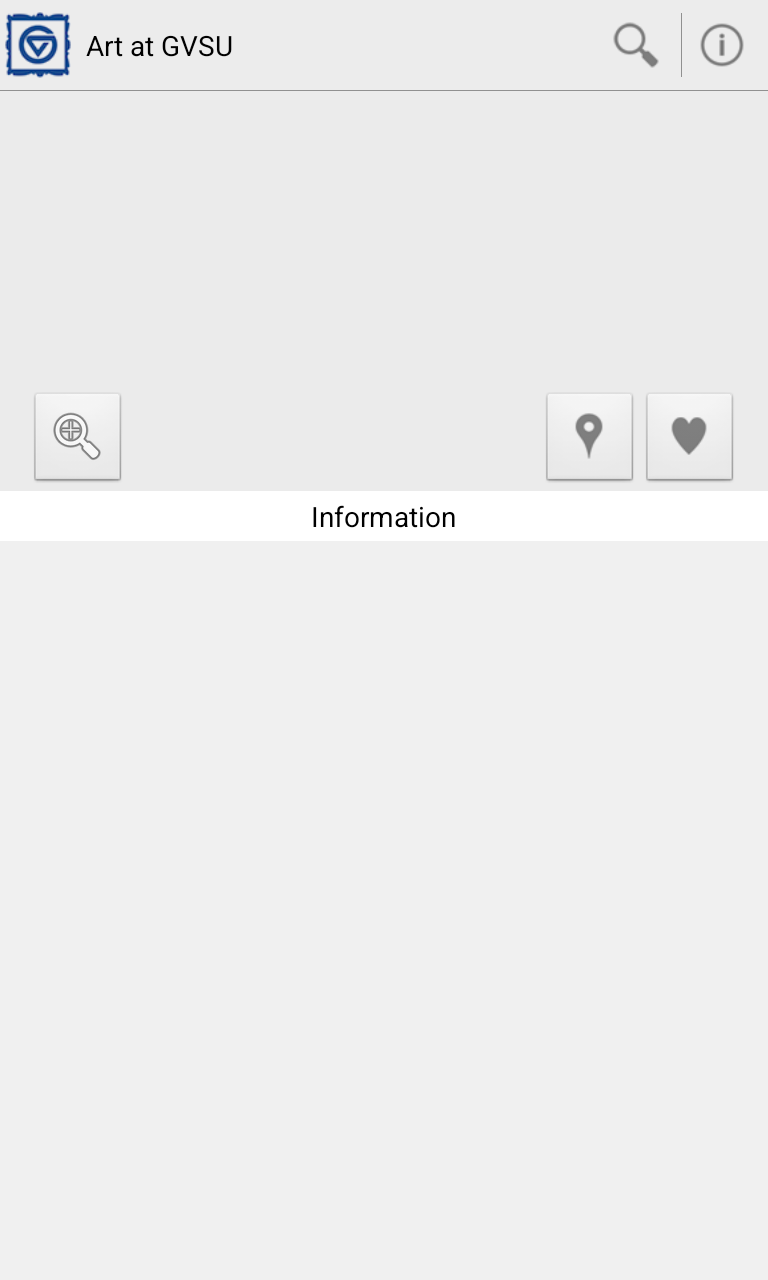
Repository: markminuth/Art-at-GVSU-Android-edition
Layout: version1.1/res/layout/artdetails.xml
An editor plug-in stored every save of this project. The layout is shown before and after the next save, followed by the edit.
It is drawn on a 768 x 1280 px phone screen (xhdpi) without system bars, with theme android:Theme.NoTitleBar; the app's code is not run. Lists and similar views that code fills are empty.

Above is the layout before, as saved 2012-04-15 19:01:03.

### version1.1/res/layout/artdetails.xml
<?xml version="1.0" encoding="utf-8"?>
<LinearLayout xmlns:android="http://schemas.android.com/apk/res/android"
    android:layout_width="fill_parent"
    android:layout_height="fill_parent"
    android:background="#F0F0F0"
    android:orientation="vertical" >


    <RelativeLayout
        android:id="@+id/relativeLayout1"
        android:layout_width="match_parent"
        android:layout_height="45dp"
        android:background="#ECECEC" >

        <ImageButton
            android:id="@+id/aboutIcon"
            android:layout_width="wrap_content"
            android:layout_height="wrap_content"
            android:layout_alignParentRight="true"
            android:layout_centerVertical="true"
            android:layout_marginRight="7dp"
            android:background="#ECECEC"
            android:src="@drawable/about_icon" />

        <ImageButton
            android:id="@+id/searchIcon"
            android:layout_width="wrap_content"
            android:layout_height="wrap_content"
            android:layout_alignParentRight="true"
            android:layout_centerVertical="true"
            android:layout_marginRight="50dp"
            android:background="#ECECEC"
            android:src="@drawable/search" />

        <ImageView
            android:id="@+id/imageView2"
            android:layout_width="wrap_content"
            android:layout_height="wrap_content"
            android:layout_centerVertical="true"
            android:src="@drawable/app_icon_transparent" />

        <ImageView
            android:id="@+id/dividerimg"
            android:layout_width="wrap_content"
            android:layout_height="32dp"
            android:layout_alignParentRight="true"
            android:layout_centerVertical="true"
            android:layout_marginRight="43dp"
            android:src="@drawable/divider" />

        <TextView
            android:id="@+id/textView1"
            android:layout_width="wrap_content"
            android:layout_height="wrap_content"
            android:layout_centerVertical="true"
            android:layout_marginLeft="5dp"
            android:layout_toRightOf="@+id/imageView2"
            android:text="@string/titleText"
            android:textAppearance="?android:attr/textAppearanceMedium"
            android:textColor="#000000"
            android:textSize="14dp" />
    </RelativeLayout>

    <FrameLayout
        android:id="@+id/divider"
        android:layout_width="match_parent"
        android:layout_height="0.2dp"
        android:background="#909090" >
    </FrameLayout>


    <RelativeLayout
        android:id="@+id/relativeLayout1"
        android:layout_width="match_parent"
        android:layout_height="200dp" >

        <ImageView
            android:id="@+id/art_image"
            android:layout_width="fill_parent"
            android:layout_height="fill_parent"
            android:layout_x="0dp"
            android:layout_y="0dp"
            android:adjustViewBounds="true"
            android:gravity="center_vertical"
            android:scaleType="centerCrop"
            android:src="@drawable/image_area" />

        <TextView
            android:id="@+id/artPieceTitleBack"
            android:layout_width="wrap_content"
            android:layout_height="wrap_content"
            android:layout_alignParentLeft="true"
            android:layout_alignParentTop="true"
            android:layout_marginLeft="1dp"
            android:layout_marginTop="1dp"
            android:text=""
            android:textAppearance="?android:attr/textAppearanceLarge"
            android:textColor="#000000" />

        <TextView
            android:id="@+id/artPieceTitle"
            android:layout_width="wrap_content"
            android:layout_height="wrap_content"
            android:layout_alignParentLeft="true"
            android:layout_alignParentTop="true"
            android:text=""
            android:textAppearance="?android:attr/textAppearanceLarge"
            android:textColor="#ffffff" />

        <TextView
            android:id="@+id/artistName"
            android:layout_width="wrap_content"
            android:layout_height="wrap_content"
            android:layout_alignLeft="@+id/artPieceTitleBack"
            android:layout_below="@+id/artPieceTitleBack"
            android:text=""
            android:textAppearance="?android:attr/textAppearanceMedium"
            android:textColor="#000000" />

        <TextView
            android:id="@+id/artistNameBack"
            android:layout_width="wrap_content"
            android:layout_height="wrap_content"
            android:layout_alignParentLeft="true"
            android:layout_below="@+id/artPieceTitle"
            android:text=""
            android:textAppearance="?android:attr/textAppearanceMedium"
            android:textColor="#ffffff" />

        <ImageButton
            android:id="@+id/favorite"
            android:layout_width="50dp"
            android:layout_height="50dp"
            android:layout_alignParentBottom="true"
            android:layout_alignParentRight="true"
            android:layout_marginRight="14dp"
            android:src="@drawable/favorite" />

        <ImageButton
            android:id="@+id/zoomButton"
            android:layout_width="50dp"
            android:layout_height="50dp"
            android:layout_marginLeft="14dp"
            android:layout_alignParentBottom="true"
            android:layout_alignParentLeft="true"
            android:src="@android:drawable/ic_menu_zoom" />

        <ImageButton
            android:id="@+id/imageButton1"
            android:layout_width="50dp"
            android:layout_height="50dp"
            android:layout_alignTop="@+id/favorite"
            android:layout_toLeftOf="@+id/favorite"
            android:src="@drawable/place_selected" />

    </RelativeLayout>

    <RelativeLayout
        android:layout_width="fill_parent"
        android:layout_height="25dp"
        android:layout_gravity="center_horizontal"
        android:background="#FFFFFF"
        android:gravity="center_vertical" >

        <TextView
            android:id="@+id/infoHeader"
            android:layout_width="wrap_content"
            android:layout_height="wrap_content"
            android:layout_centerHorizontal="true"
            android:layout_centerVertical="true"
            android:background="#FFFFFF"
            android:text="Information"
            android:textColor="#000000" />
    </RelativeLayout>

    <ListView
        android:id="@+id/artDetailList"
        android:layout_width="match_parent"
        android:layout_height="match_parent"
        android:background="#F0F0F0" >
    </ListView>

</LinearLayout>

### version1.1/res/values/strings.xml
<?xml version="1.0" encoding="utf-8"?>
<resources>

    <string name="hello">Hello World, MenuLayoutActivity!</string>
    <string name="app_name">Version1.0</string>
    <string name="titleText">Art at GVSU</string>
    <string name="aboutDetails">\"Art at GVSU\" is a collaborative project between the Grand Valley State University\'s Art Gallery, School
        of Computing and the open-source collection management project Collective Access.\n \nThe mission of the Grand Valley State University Art Gallery is to encourage appreciation and
        understanding of art and its role in society through direct engagement with original works of art. The Art Gallery acquires, preserves, interprets, exhibits, and otherwise makes accessible
        works of art for the benefit of a variety of audiences, in support of the interdisciplinary educational goals of the University and for the benefit of the community at large.</string>

</resources>

After the next save:
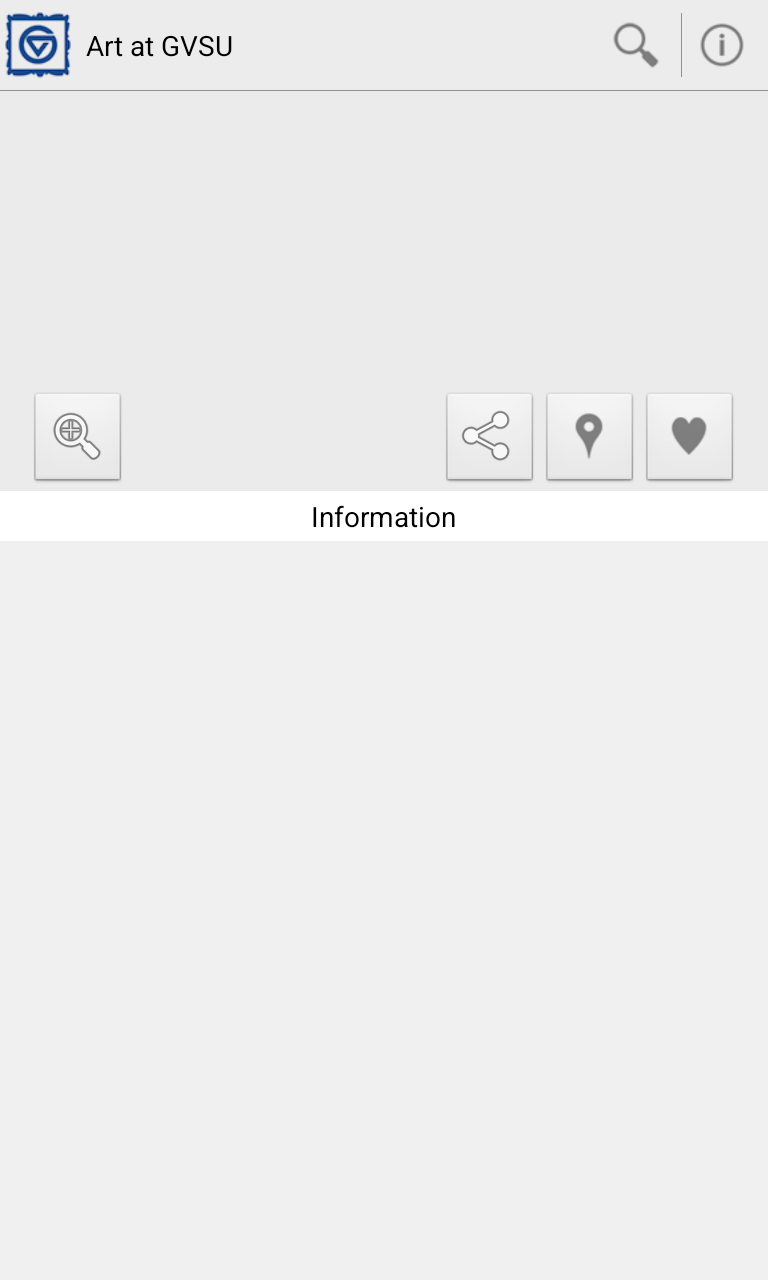
Saved 2 min 2 s later.
--- a/version1.1/res/layout/artdetails.xml
+++ b/version1.1/res/layout/artdetails.xml
@@ -153,6 +153,14 @@
             android:layout_toLeftOf="@+id/favorite"
             android:src="@drawable/place_selected" />
 
+        <ImageButton
+            android:id="@+id/imageButton2"
+            android:layout_width="50dp"
+            android:layout_height="50dp"
+            android:layout_alignTop="@+id/imageButton1"
+            android:layout_toLeftOf="@+id/imageButton1"
+            android:src="@android:drawable/ic_menu_share" />
+
     </RelativeLayout>
 
     <RelativeLayout
